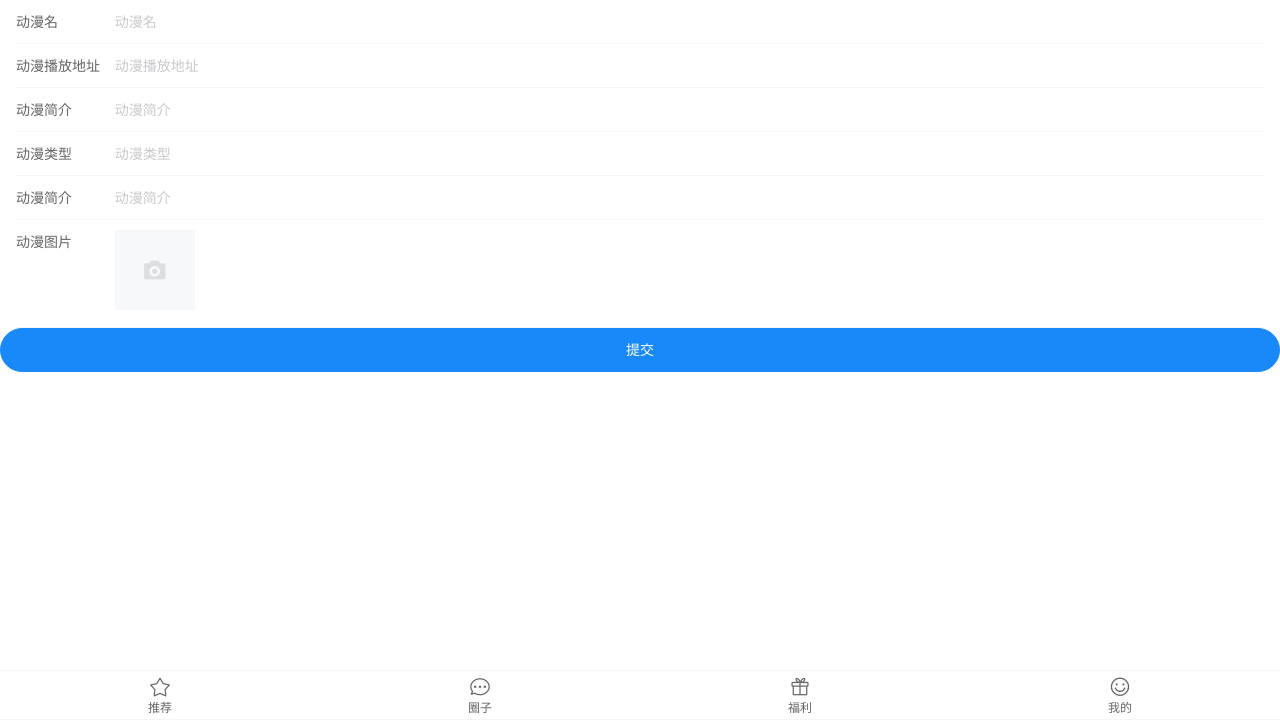
Repository: pbw-langwang/dm
Page: /#/Dmfabu (app in dm_vue/)
An editor plug-in stored every save of this project. The page is shown before and after the next save, followed by the edit.
The browser window is 1280 px wide. The pictures show the whole page.
The project was rebuilt for these pictures with package versions that can differ from the ones it lists, and the page was loaded fresh each time. Also part of the build but not shown: dm_vue/src/components/HelloWorld.vue, dm_vue/src/components/video.vue, dm_vue/src/components/setting.vue, dm_vue/src/components/gift.vue, dm_vue/src/components/Regist.vue, dm_vue/src/components/history.vue, dm_vue/src/components/Search.vue, dm_vue/src/components/SearchList.vue and 8 more.

Above is the page before, as saved 2021-06-23 15:08:06.

### dm_vue/index.html
<!DOCTYPE html>
<html>
  <head>
    <meta charset="utf-8">
    <meta name="viewport" content="width=device-width,initial-scale=1.0">
    <title>toutiao</title>
  </head>
  <body>
    <div id="app"></div>
    <!-- built files will be auto injected -->
  </body>
</html>

### dm_vue/src/main.js
// The Vue build version to load with the `import` command
// (runtime-only or standalone) has been set in webpack.base.conf with an alias.
import Vue from 'vue'
import App from './App'
import router from './router'
import Vant from 'vant'
import 'vant/lib/index.css'
import axios from 'axios'
import VueAxios from 'vue-axios'

Vue.use(VueAxios, axios)
Vue.use(Vant);

axios.defaults.baseURL = 'http://localhost:8080/dm/';
axios.defaults.withCredentials = true;

Vue.config.productionTip = false

Vue.filter("dateFormat", function (dateStr, pattern = "") {
    var dt = new Date(dateStr);
    var y = dt.getFullYear();
    var m = dt.getMonth() + 1;
    var d = dt.getDate();
    if (pattern.toLowerCase() == "yyyy-mm-dd") {
        return `${y}年${m}月${d}日`
    } else {
        var hh = dt.getHours();
        var mm = dt.getMinutes();
        var ss = dt.getSeconds();
        return `${y}年${m}月${d}日 ${hh}:${mm}:${ss}`
    }
})

/* eslint-disable no-new */
new Vue({
    el: '#app',
    router,
    components: { App },
    template: '<App/>'
})

### dm_vue/src/App.vue
<template>
  <div id="app">
    <router-view />

    <van-tabbar v-model="active" route>
      <van-tabbar-item name="home" to="/" icon="star-o">推荐</van-tabbar-item>
      <van-tabbar-item name="search" to="/video" icon="chat-o"
        >圈子</van-tabbar-item
      >
      <van-tabbar-item name="search" to="/gift" icon="point-gift-o"
        >福利</van-tabbar-item
      >
      <van-tabbar-item name="setting" to="/setting" icon="smile-o"
        >我的</van-tabbar-item
      >
    </van-tabbar>
  </div>
</template>

<script>
export default {
  name: "App",
  data() {
    return {
      active: "home",
    };
  },
};
</script>

### dm_vue/src/router/index.js
import Vue from 'vue'
import Router from 'vue-router'
import HelloWorld from '@/components/HelloWorld'
import video from '@/components/video'
import setting from '@/components/setting'
import Gift from '@/components/gift'
import Regist from '@/components/Regist'
import History from "@/components/history"
import Search from "@/components/Search"
import SearchList from "@/components/SearchList"
import Postdetail from "@/components/Postdetail"
import Authord from "@/components/Authord"
import fabu from "@/components/fabu"
import FabuPost from "@/components/FabuPost"
import Yhfabu from "@/components/Yhfabu"
import SearchAct from "@/components/SearchAct"
import SearchListAct from "@/components/SearchListAct"
import Change from "@/components/Change"
import Dmfabu from "@/components/Dmfabu"

Vue.use(Router)

export default new Router({
    routes: [{
            path: '/',
            name: 'HelloWorld',
            component: HelloWorld
        },
        {
            path: '/video',
            name: 'Video',
            component: video
        },
        {
            path: '/setting',
            name: 'setting',
            component: setting
        },
        {
            path: "/gift",
            name: "gift",
            component: Gift
        },
        {
            path: "/Regist",
            name: "Regist",
            component: Regist
        }, {
            path: "/History",
            name: "History",
            component: History
        }, {
            path: "/Search",
            name: "Search",
            component: Search
        }, {
            path: "/SearchList/:value",
            name: "SearchList",
            component: SearchList
        }, {
            path: "/Postdetail/:value",
            name: "Postdetail",
            component: Postdetail
        },
        {
            path: "/Authord/:value",
            name: "Authord",
            component: Authord
        },
        {
            path: "/FabuPost",
            name: "FabuPost",
            component: FabuPost
        },
        {
            path: "/fabu",
            name: "fabu",
            component: fabu
        },
        {
            path: "/Yhfabu",
            name: "Yhfabu",
            component: Yhfabu
        },
        {
            path: "/SearchAct",
            name: "SearchAct",
            component: SearchAct
        },
        {
            path: "/SearchListAct/:value",
            name: "SearchListAct",
            component: SearchListAct
        },
        {
            path: "/Change",
            name: "Change",
            component: Change
        },
        {
            path: "/Dmfabu",
            name: "Dmfabu",
            component: Dmfabu
        },
    ]
})

### dm_vue/src/components/Dmfabu.vue
<template>
  <div>
    <div class="userinfo">
      <van-form @submit="onSubmit" class="form1">
        <van-field
          v-model="dm.contentname"
          name="contentname"
          label="动漫名"
          placeholder="动漫名"
          clearable
          @blur="checkName"
          :rules="[{ required: true, message: '请填写动漫名' }]"
        />

        <van-field
          v-model="dm.contenturl"
          name="contenturl"
          label="动漫播放地址"
          placeholder="动漫播放地址"
          :rules="[{required:true,message:'请填写动漫播放地址'}]"
        />

        <van-field
          v-model="dm.contentintroduction"
          name="contentintroduction"
          label="动漫简介"
          placeholder="动漫简介"
          :rules="[{ required: true, message: '请填写动漫简介' }]"
        />

        <van-field
          v-model="dm.contenttype"
          name="contenttype"
          label="动漫类型"
          placeholder="动漫类型"
          :rules="[{ required: true, message: '请填写动漫类型' }]"
        />

        <van-field
          v-model="dm.contentintroduction"
          name="contentintroduction"
          label="动漫简介"
          placeholder="动漫简介"
          :rules="[{ required: true, message: '请填写动漫简介' }]"
        />

        <van-field name="uploader" label="动漫图片">
          <template #input>
            <van-uploader v-model="uploader" :max-count="1" :before-read="beforeRead"/>
          </template>
        </van-field>

        <div>
          <van-button round block type="info" native-type="submit">提交</van-button>
        </div>
      </van-form>
    </div>
  </div>
</template>

<script>
import Vue from 'vue';
import { Toast } from 'vant';
Vue.use(Toast);
Toast.setDefaultOptions({ duration: 2000 });

export default {
  name:"FabuPost",
  data(){
    return{
      dm:{},
      uploader:[],
      picIp:"http://localhost:8080/pic/",
    }
  },
  methods:{
    onSubmit(){
      const form1 = document.querySelector(".form1");
      let formData=new FormData(form1);

      formData.append("imgFile",this.uploader[0].file);
      formData.append("username",localStorage.getItem("username"));

      this.axios.post("userpost/fabu",formData,{'Content-Type':'multipart/form-data'}).then((response) => {
        if(response.data=="ok"){
          Toast("发布成功!");
          this.$router.push("fabu");
        }else{
          Toast("发布失败");
        }
      })
    },
  }
}
</script>

After the next save:
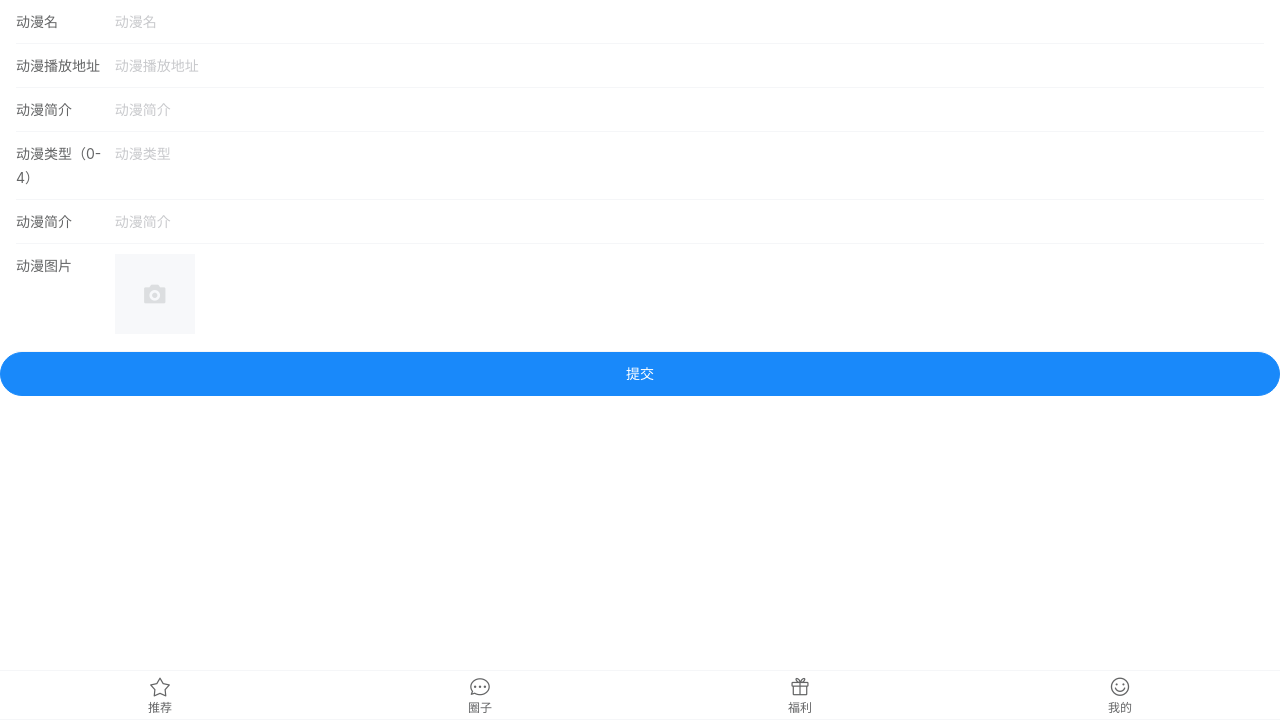
Saved 106 s later.
--- a/dm_vue/src/components/Dmfabu.vue
+++ b/dm_vue/src/components/Dmfabu.vue
@@ -31,7 +31,7 @@
         <van-field
           v-model="dm.contenttype"
           name="contenttype"
-          label="动漫类型"
+          label="动漫类型（0-4）"
           placeholder="动漫类型"
           :rules="[{ required: true, message: '请填写动漫类型' }]"
         />
